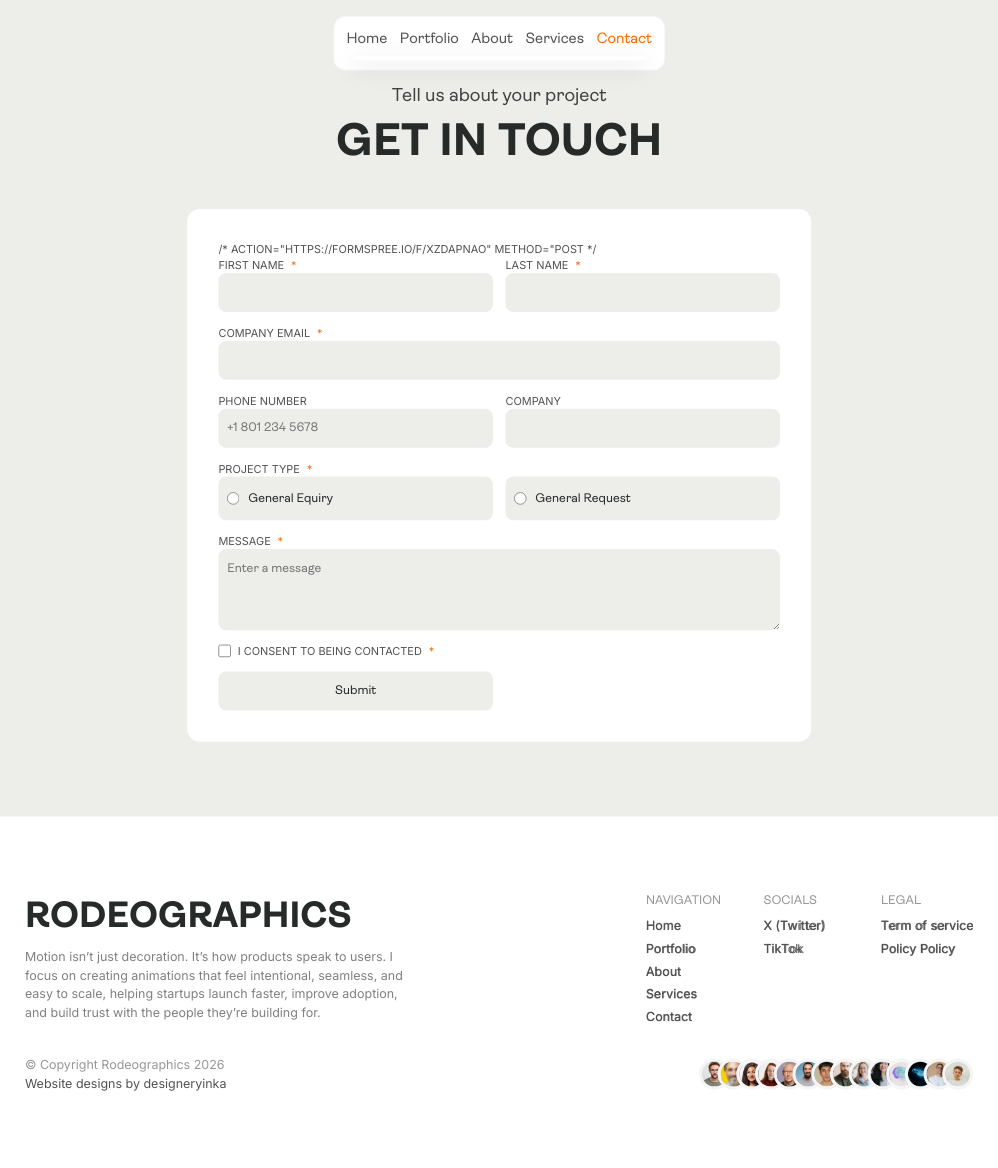
Repository: Ajeyinka/RodeoGraphics
Page: contact.html
An editor plug-in stored every save of this project. The page is shown before and after the next save, followed by the edit.
The browser window is 1280 px wide. The pictures show the whole page, at 78% of full size.

Above is the page before, as saved 2026-02-21 23:31:43.
Console error: ReferenceError: gsap is not defined

After the next save:
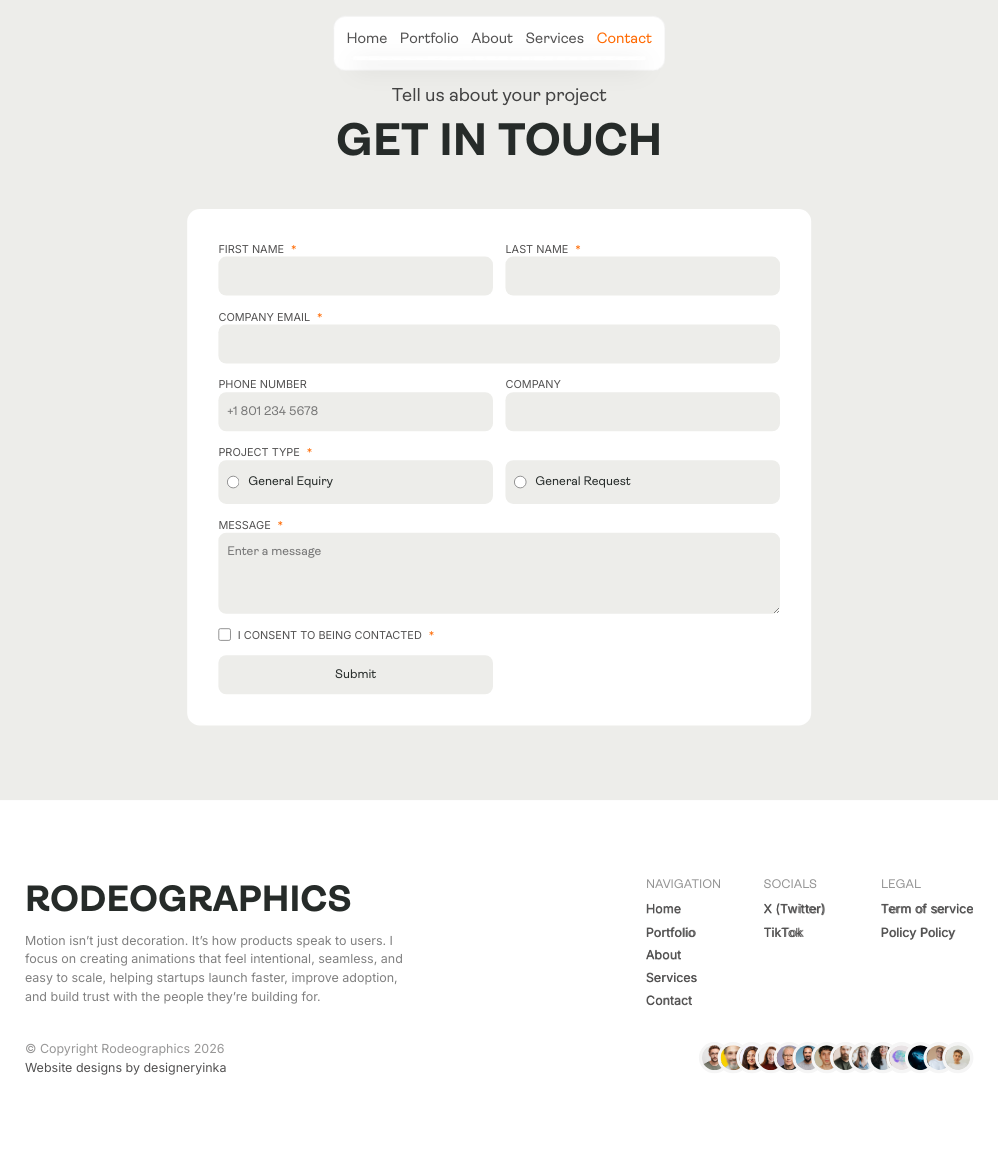
Saved 3 min 29 s later.
--- a/contact.html
+++ b/contact.html
@@ -81,8 +81,11 @@
               </div>
             </div>
             <div class="form-block">
-              /* action="https://formspree.io/f/xzdapnao" method="POST */
-              <form novalidate>
+              <form
+                novalidate
+                action="https://formspree.io/f/xzdapnao"
+                method="POST"
+              >
                 <div class="form-group">
                   <label for="fname">First Name</label>
                   <input
